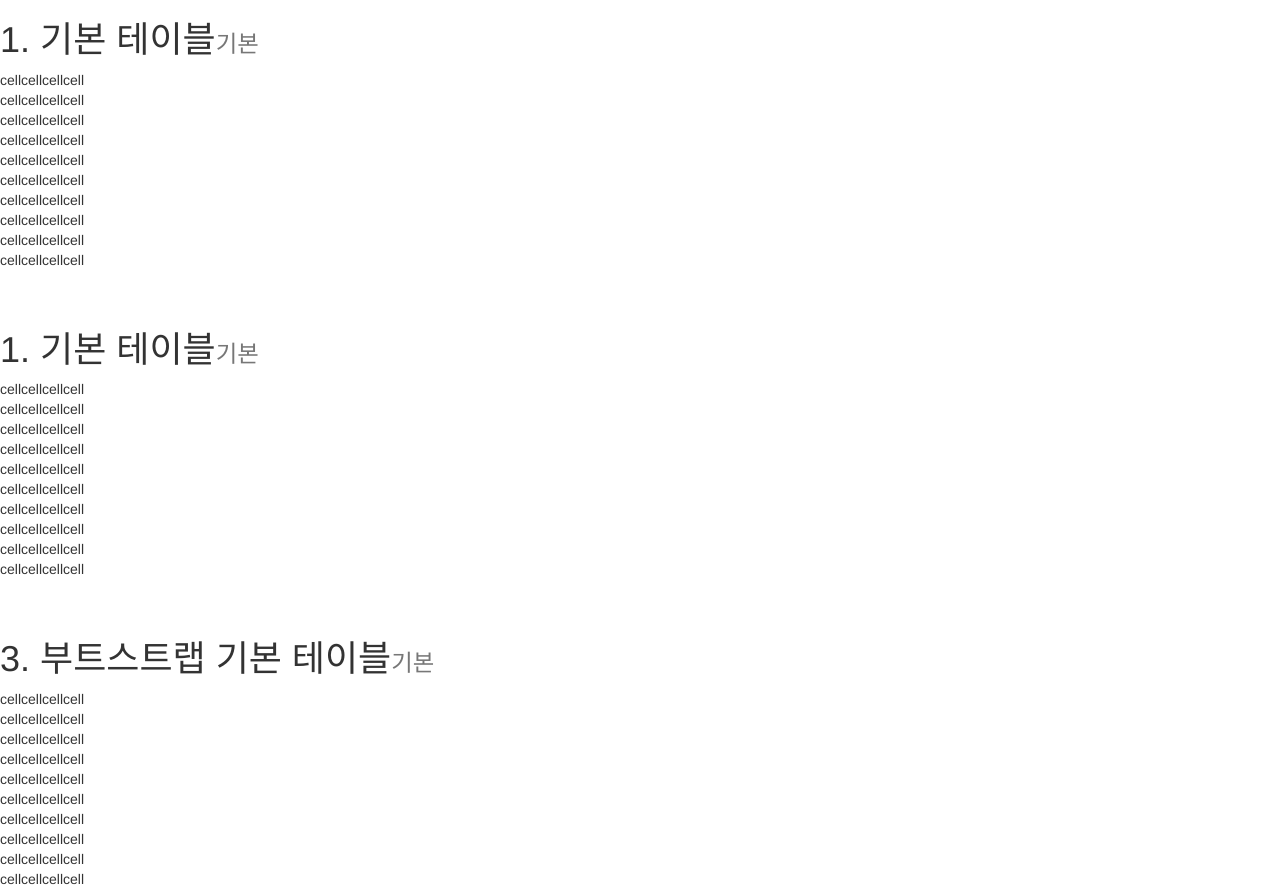
Repository: yhj4130/BootstrapStudy
Page: BootstrapWork/WebContent/BootEx02.html
These files come from the project's save history. The page is drawn as it stood at one moment and after the next save; the edit follows.
The browser window is 1280 px wide. The pictures show the whole page.

Above is the page before, as saved 2019-06-12 01:43:11.

### BootstrapWork/WebContent/BootEx02.html
<!DOCTYPE html>
<html>
<head>
<meta charset="UTF-8">
<title>BootEx02.html</title>

<link rel="stylesheet" href="css/bootstrap.css">
<script type="text/javascript" src="js/jquery-3.4.1.min.js"></script>
<script type="text/javascript" src="js/bootstrap.min.js"></script>

<style type="text/css">
	/* 테이블 기본 서식 */
	#table
	{
		width: 500px;
		border: 1px solid black;
		border-collapse: collapse;
	}

	#table td
	{
		border: 1px solid black;
	}
</style>

</head>
<body>

<h1>1. 기본 테이블<small>기본</small></h1>

<!-- table>(tr>td{cell*4)*10 -->
<table>
	<tr>
		<td>cell</td>
		<td>cell</td>
		<td>cell</td>
		<td>cell</td>
	</tr>
	<tr>
		<td>cell</td>
		<td>cell</td>
		<td>cell</td>
		<td>cell</td>
	</tr>
	<tr>
		<td>cell</td>
		<td>cell</td>
		<td>cell</td>
		<td>cell</td>
	</tr>
	<tr>
		<td>cell</td>
		<td>cell</td>
		<td>cell</td>
		<td>cell</td>
	</tr>
	<tr>
		<td>cell</td>
		<td>cell</td>
		<td>cell</td>
		<td>cell</td>
	</tr>
	<tr>
		<td>cell</td>
		<td>cell</td>
		<td>cell</td>
		<td>cell</td>
	</tr>
	<tr>
		<td>cell</td>
		<td>cell</td>
		<td>cell</td>
		<td>cell</td>
	</tr>
	<tr>
		<td>cell</td>
		<td>cell</td>
		<td>cell</td>
		<td>cell</td>
	</tr>
	<tr>
		<td>cell</td>
		<td>cell</td>
		<td>cell</td>
		<td>cell</td>
	</tr>
	<tr>
		<td>cell</td>
		<td>cell</td>
		<td>cell</td>
		<td>cell</td>
	</tr>
</table>

<br><br>

<h1>1. 기본 테이블<small>기본</small></h1>

<!-- table>(tr>td{cell*4)*10 -->
<table>
	<tr>
		<td>cell</td>
		<td>cell</td>
		<td>cell</td>
		<td>cell</td>
	</tr>
	<tr>
		<td>cell</td>
		<td>cell</td>
		<td>cell</td>
		<td>cell</td>
	</tr>
	<tr>
		<td>cell</td>
		<td>cell</td>
		<td>cell</td>
		<td>cell</td>
	</tr>
	<tr>
		<td>cell</td>
		<td>cell</td>
		<td>cell</td>
		<td>cell</td>
	</tr>
	<tr>
		<td>cell</td>
		<td>cell</td>
		<td>cell</td>
		<td>cell</td>
	</tr>
	<tr>
		<td>cell</td>
		<td>cell</td>
		<td>cell</td>
		<td>cell</td>
	</tr>
	<tr>
		<td>cell</td>
		<td>cell</td>
		<td>cell</td>
		<td>cell</td>
	</tr>
	<tr>
		<td>cell</td>
		<td>cell</td>
		<td>cell</td>
		<td>cell</td>
	</tr>
	<tr>
		<td>cell</td>
		<td>cell</td>
		<td>cell</td>
		<td>cell</td>
	</tr>
	<tr>
		<td>cell</td>
		<td>cell</td>
		<td>cell</td>
		<td>cell</td>
	</tr>
</table>

<br><br>

<h1>3. 부트스트랩 기본 테이블<small>기본</small></h1>

<!-- table>(tr>td{cell*4)*10 -->
<table>
	<tr>
		<td>cell</td>
		<td>cell</td>
		<td>cell</td>
		<td>cell</td>
	</tr>
	<tr>
		<td>cell</td>
		<td>cell</td>
		<td>cell</td>
		<td>cell</td>
	</tr>
	<tr>
		<td>cell</td>
		<td>cell</td>
		<td>cell</td>
		<td>cell</td>
	</tr>
	<tr>
		<td>cell</td>
		<td>cell</td>
		<td>cell</td>
		<td>cell</td>
	</tr>
	<tr>
		<td>cell</td>
		<td>cell</td>
		<td>cell</td>
		<td>cell</td>
	</tr>
	<tr>
		<td>cell</td>
		<td>cell</td>
		<td>cell</td>
		<td>cell</td>
	</tr>
	<tr>
		<td>cell</td>
		<td>cell</td>
		<td>cell</td>
		<td>cell</td>
	</tr>
	<tr>
		<td>cell</td>
		<td>cell</td>
		<td>cell</td>
		<td>cell</td>
	</tr>
	<tr>
		<td>cell</td>
		<td>cell</td>
		<td>cell</td>
		<td>cell</td>
	</tr>
	<tr>
		<td>cell</td>
		<td>cell</td>
		<td>cell</td>
		<td>cell</td>
	</tr>
</table>


</body>
</html>

Loaded but not shown: BootstrapWork/WebContent/css/bootstrap.css (library); BootstrapWork/WebContent/js/jquery-3.4.1.min.js (library); BootstrapWork/WebContent/js/bootstrap.min.js (library)

After the next save:
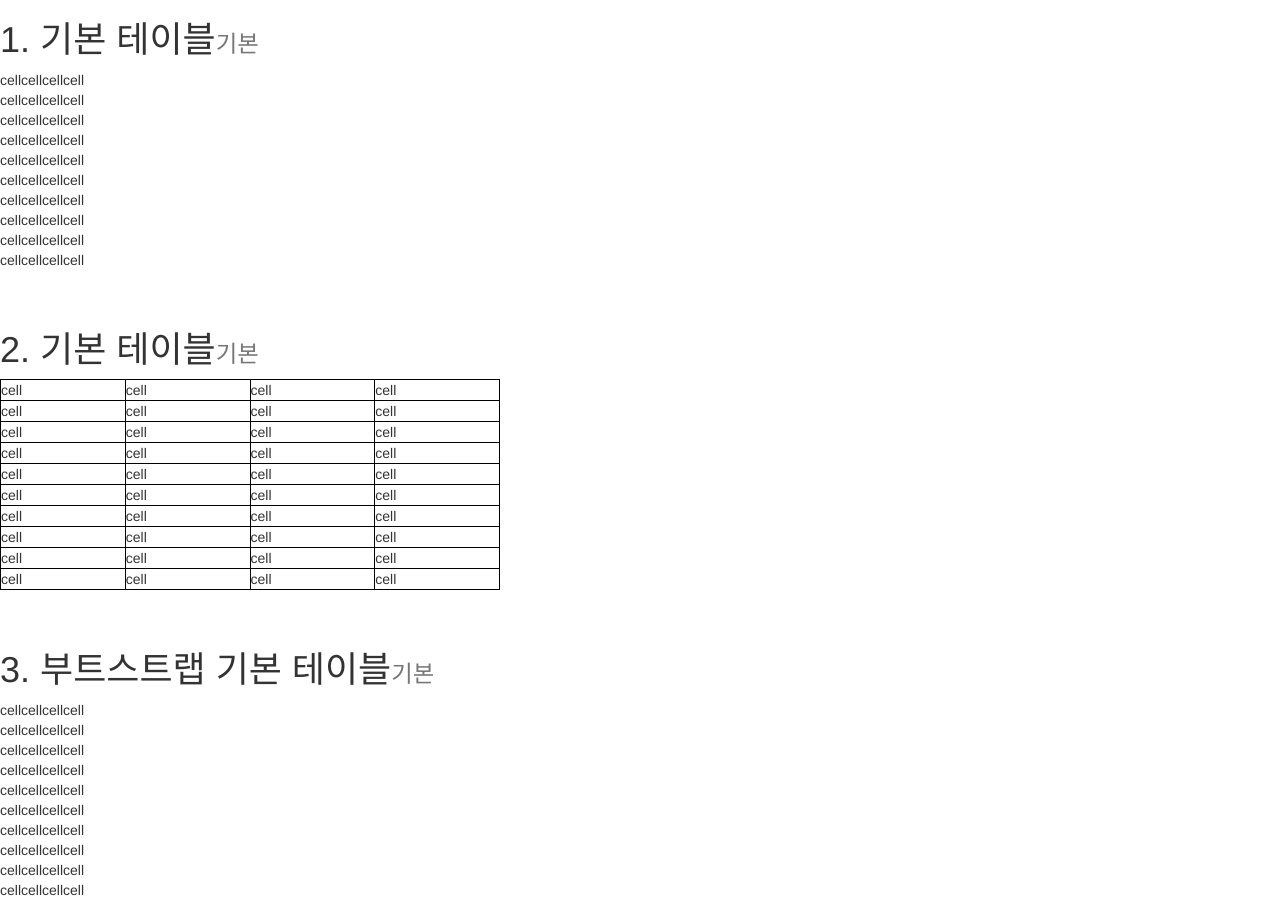
Saved 24 s later.
--- a/BootstrapWork/WebContent/BootEx02.html
+++ b/BootstrapWork/WebContent/BootEx02.html
@@ -94,7 +94,75 @@
 
 <br><br>
 
-<h1>1. 기본 테이블<small>기본</small></h1>
+<h1>2. 기본 테이블<small>기본</small></h1>
+
+<!-- table>(tr>td{cell*4)*10 -->
+<table id="table">
+	<tr>
+		<td>cell</td>
+		<td>cell</td>
+		<td>cell</td>
+		<td>cell</td>
+	</tr>
+	<tr>
+		<td>cell</td>
+		<td>cell</td>
+		<td>cell</td>
+		<td>cell</td>
+	</tr>
+	<tr>
+		<td>cell</td>
+		<td>cell</td>
+		<td>cell</td>
+		<td>cell</td>
+	</tr>
+	<tr>
+		<td>cell</td>
+		<td>cell</td>
+		<td>cell</td>
+		<td>cell</td>
+	</tr>
+	<tr>
+		<td>cell</td>
+		<td>cell</td>
+		<td>cell</td>
+		<td>cell</td>
+	</tr>
+	<tr>
+		<td>cell</td>
+		<td>cell</td>
+		<td>cell</td>
+		<td>cell</td>
+	</tr>
+	<tr>
+		<td>cell</td>
+		<td>cell</td>
+		<td>cell</td>
+		<td>cell</td>
+	</tr>
+	<tr>
+		<td>cell</td>
+		<td>cell</td>
+		<td>cell</td>
+		<td>cell</td>
+	</tr>
+	<tr>
+		<td>cell</td>
+		<td>cell</td>
+		<td>cell</td>
+		<td>cell</td>
+	</tr>
+	<tr>
+		<td>cell</td>
+		<td>cell</td>
+		<td>cell</td>
+		<td>cell</td>
+	</tr>
+</table>
+
+<br><br>
+
+<h1>3. 부트스트랩 기본 테이블<small>기본</small></h1>
 
 <!-- table>(tr>td{cell*4)*10 -->
 <table>
@@ -160,74 +228,6 @@
 	</tr>
 </table>
 
-<br><br>
-
-<h1>3. 부트스트랩 기본 테이블<small>기본</small></h1>
-
-<!-- table>(tr>td{cell*4)*10 -->
-<table>
-	<tr>
-		<td>cell</td>
-		<td>cell</td>
-		<td>cell</td>
-		<td>cell</td>
-	</tr>
-	<tr>
-		<td>cell</td>
-		<td>cell</td>
-		<td>cell</td>
-		<td>cell</td>
-	</tr>
-	<tr>
-		<td>cell</td>
-		<td>cell</td>
-		<td>cell</td>
-		<td>cell</td>
-	</tr>
-	<tr>
-		<td>cell</td>
-		<td>cell</td>
-		<td>cell</td>
-		<td>cell</td>
-	</tr>
-	<tr>
-		<td>cell</td>
-		<td>cell</td>
-		<td>cell</td>
-		<td>cell</td>
-	</tr>
-	<tr>
-		<td>cell</td>
-		<td>cell</td>
-		<td>cell</td>
-		<td>cell</td>
-	</tr>
-	<tr>
-		<td>cell</td>
-		<td>cell</td>
-		<td>cell</td>
-		<td>cell</td>
-	</tr>
-	<tr>
-		<td>cell</td>
-		<td>cell</td>
-		<td>cell</td>
-		<td>cell</td>
-	</tr>
-	<tr>
-		<td>cell</td>
-		<td>cell</td>
-		<td>cell</td>
-		<td>cell</td>
-	</tr>
-	<tr>
-		<td>cell</td>
-		<td>cell</td>
-		<td>cell</td>
-		<td>cell</td>
-	</tr>
-</table>
-
 
 </body>
 </html>
